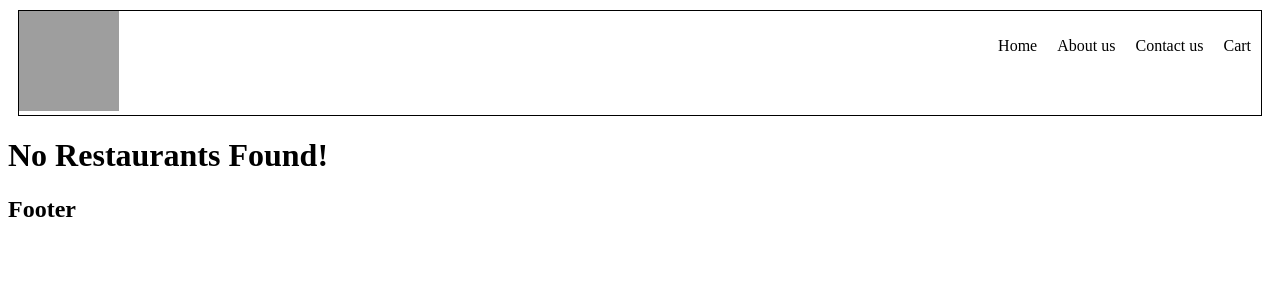
Repository: shivamv97/FOOD-VILLA-APP
Page: /
These files come from the project's save history. The page is drawn as it stood at one moment and after the next save; the edit follows.
The browser window is 1280 px wide. The pictures show the whole page.
Pictures or frames that could not be fetched are drawn as grey boxes. The page's requests for data from a server got no answer. The project was rebuilt for these pictures with package versions that can differ from the ones it lists, and the page was loaded fresh each time. No one was signed in, and anything a server would have sent is missing. Also part of the build but not shown: src/components/RestaurantCards.js, src/components/shimmer.js.

Above is the page before, as saved 2024-07-26 22:02:51.

### index.html
<!DOCTYPE html>
<html lang="en">
  <head>
    <meta charset="UTF-8" />
    <meta name="viewport" content="width=device-width, initial-scale=1.0" />
    <title>Learning REACT</title>
    <link rel="stylesheet" href="style.css" />
  </head>
  <body>
    <div id="root">Not Rendered</div>
    <!-- <script
      crossorigin
      src="https://unpkg.com/react@18/umd/react.development.js"
    ></script>
    <script
      crossorigin
      src="https://unpkg.com/react-dom@18/umd/react-dom.development.js"
    ></script> -->
    <script type="module" src="src/App.js"></script>
  </body>
</html>

### style.css
.header {
  display: flex;
  justify-content: space-between;
  margin: 10px;
  border: 1px solid black;
}
.nav-items > ul {
  list-style-type: none;
  display: flex;
}

.nav-items > ul > li {
  padding: 10px;
}
.logo {
  width: 100px;
  height: 100px;
}

.card {
  width: 255px;
  border: 1px solid black;
  padding: 10px;
  margin: 10px;
  overflow-wrap: break-word;
}

.card > img {
  width: 100%;
}

.restaurant-list {
  display: flex;
  flex-wrap: wrap;
}

### src/App.js
import React from "react";
import ReactDOM from "react-dom/client";
import HeaderComponent from "./components/Title";
import Body from "./components/Body";
import Footer from "./components/Footer";

/*
Header
   -logo
   -Nav item(right side)
   -cart
Body
   -Search bar
   -RestrauntList
     -RestrauntCard
     -Image
     -Name
     -Ratings
     -Cusines
Footer
     -Links
     -Copyrigh
*/

const AppLayout = () => {
  return (
    <>
      <HeaderComponent />
      <Body />
      <Footer />
    </>
  );
};

const root = ReactDOM.createRoot(document.getElementById("root"));

root.render(<AppLayout />); //it will override children of div element

### src/components/Title.js
import { useState } from "react";

const Title = () => (
  <a href="/ ">
    <img
      className="logo"
      alt="logo"
      src="https://encrypted-tbn0.gstatic.com/images?q=tbn:ANd9GcTJtFXKFKFoihdrJEvX4jBtXqfcO2kJ0KAlIg&s"
    />
  </a>
);

const HeaderComponent = () => {
  const [isLoggedIn, setisLoggedIn] = useState(false);
  return (
    <div className="header">
      <Title />
      <div className="nav-items">
        <ul>
          <li>Home</li>
          <li>About us</li>
          <li>Contact us</li>
          <li>Cart</li>
        </ul>
      </div>
    </div>
  );
};

export default HeaderComponent;

### src/components/Body.js
import { restaurantlist } from "../config";
import RestrauntCard from "./RestaurantCards";
import { useState, useEffect } from "react";
import Shimmer from "./shimmer";

function filterdata(searchText, restaurants) {
  return restaurants.filter((restaurant) =>
    restaurant.info.name.toLowerCase().includes(searchText.toLowerCase())
  );
}

const Body = () => {
  // const searchTxt = "KFC"; //for reference...(IN JS)
  const [AllRestaurants, setAllRestaurants] = useState([]);
  const [FilteredRestaurants, setFilteredRestaurants] = useState([]); //restaurantlist
  const [searchText, setsearchText] = useState(""); //To create state variable.......(IN REACT)
  // console.log("render()");

  useEffect(() => {
    //API call
    GetRestaurants();
  }, []);

  async function GetRestaurants() {
    const data = await fetch(
      "https://www.swiggy.com/dapi/restaurants/list/v5?lat=28.7040592&lng=77.10249019999999&collection=83667"
    );
    const json = await data.json();
    console.log(json);
    //you have to make change only in line 32,in cards[i],where i is keep changing in the above api link,try from 0-11
    //it's an config-driven UI,Hence,it's Grid Element position keeps on changing.......
    setAllRestaurants(
      json?.data?.cards[1]?.card?.card?.gridElements?.infoWithStyle?.restaurants
    );
    setFilteredRestaurants(
      json?.data?.cards[1]?.card?.card?.gridElements?.infoWithStyle?.restaurants
    );
  }

  console.log("render");

  //Don't render component(Early Return)
  // if (!AllRestaurants) return null;
  if (FilteredRestaurants?.length === 0) return <h1>No Restaurants Found!</h1>;

  //Conditional rendering
  return AllRestaurants?.length == 0 ? (
    <Shimmer />
  ) : (
    <>
      <div className="search-box">
        <input
          type="text"
          className="search-input"
          placeholder="Search"
          value={searchText}
          onChange={(e) => {
            setsearchText(e.target.value);
          }}
        />
        <button
          className="search-btn"
          onClick={() => {
            //filter the data according to need
            const data = filterdata(searchText, AllRestaurants);
            setFilteredRestaurants(data);
            //need to update the state-restaurants
          }}
        >
          Search
        </button>
      </div>
      <div className="restaurant-list">
        {
          FilteredRestaurants.map((restaurant) => {
            return (
              <RestrauntCard key={restaurant.info.id} {...restaurant.info} />
            );
          })
          //H.W. => 1.PROPER PLACE FOR NO RESTAURANTS FOUND   2.SEARCH WENT OFF WHEN IT IS SHOWING NO RESTAURANTS FOUND..........
        }
      </div>
    </>
  );
};

export default Body;

### src/components/Footer.js
const Footer = () => {
  return <h2>Footer</h2>;
};

export default Footer;

### src/config.js
//PUT MY all Hard Coded File Here
export const Img_cdn_url =
  "https://media-assets.swiggy.com/swiggy/image/upload/fl_lossy,f_auto,q_auto,w_660/";

//Config Driven UI
export const restaurantlist = [
  //public API of Swiggy
  {
    "@type": "type.googleapis.com/swiggy.presentation.food.v2.Restaurant",
    info: {
      id: "8561",
      name: "Mughlai Junction",
      cloudinaryImageId: "tnl2yuuxi8zjbgru6iqj",
      locality: "Connaught Place",
      areaName: "Connaught Place",
      costForTwo: "₹600 for two",
      cuisines: ["Mughlai", "North Indian", "Tandoor"],
      avgRating: 4.3,
      parentId: "5354",
      avgRatingString: "4.3",
      totalRatingsString: "10K+",
      promoted: true,
      adTrackingId:
        "cid=15007607~p=0~adgrpid=15007607#ag1~mp=SWIGGY_IN~bl=FOOD~aet=RESTAURANT~aeid=8561~eid=321f01bc-98c6-405c-89d6-b18422bb8f70~srvts=1721229990431~collid=83639",
      sla: {
        deliveryTime: 37,
        lastMileTravel: 4.8,
        serviceability: "SERVICEABLE",
        slaString: "35-40 mins",
        lastMileTravelString: "4.8 km",
        iconType: "ICON_TYPE_EMPTY",
      },
      availability: {
        nextCloseTime: "2024-07-17 23:00:00",
        opened: true,
      },
      badges: {},
      isOpen: true,
      type: "F",
      badgesV2: {
        entityBadges: {
          textExtendedBadges: {},
          textBased: {},
          imageBased: {},
        },
      },
      aggregatedDiscountInfoV3: {
        header: "10% OFF",
        subHeader: "UPTO ₹35",
      },
      orderabilityCommunication: {
        title: {},
        subTitle: {},
        message: {},
        customIcon: {},
      },
      differentiatedUi: {
        displayType: "ADS_UI_DISPLAY_TYPE_ENUM_DEFAULT",
        differentiatedUiMediaDetails: {
          mediaType: "ADS_MEDIA_ENUM_IMAGE",
          lottie: {},
          video: {},
        },
      },
      reviewsSummary: {},
      displayType: "RESTAURANT_DISPLAY_TYPE_DEFAULT",
      restaurantOfferPresentationInfo: {},
      externalRatings: {
        aggregatedRating: {
          rating: "4.4",
          ratingCount: "1K+",
        },
        source: "GOOGLE",
        sourceIconImageId: "v1704440323/google_ratings/rating_google_tag",
      },
      ratingsDisplayPreference: "RATINGS_DISPLAY_PREFERENCE_SHOW_SWIGGY",
    },
    analytics: {},
    cta: {
      link: "swiggy://menu?restaurant_id=8561&source=collection&query=Biryani",
      text: "RESTAURANT_MENU",
      type: "DEEPLINK",
    },
    widgetId: "collectionV5RestaurantListWidget_SimRestoRelevance_food",
  },

  {
    "@type": "type.googleapis.com/swiggy.presentation.food.v2.Restaurant",
    info: {
      id: "817359",
      name: "Zahra Restaurant & Cafe",
      cloudinaryImageId: "asaqtuuszx7hzmxpnfpo",
      locality: "Old Delhi",
      areaName: "Old Delhi",
      costForTwo: "₹300 for two",
      cuisines: ["Indian", "Tandoor", "Kebabs", "Snacks", "Biryani"],
      avgRating: 4.3,
      parentId: "229129",
      avgRatingString: "4.3",
      totalRatingsString: "100+",
      sla: {
        deliveryTime: 29,
        lastMileTravel: 1.3,
        serviceability: "SERVICEABLE",
        slaString: "25-30 mins",
        lastMileTravelString: "1.3 km",
        iconType: "ICON_TYPE_EMPTY",
      },
      availability: {
        nextCloseTime: "2024-07-17 22:59:00",
        opened: true,
      },
      badges: {},
      isOpen: true,
      type: "F",
      badgesV2: {
        entityBadges: {
          textExtendedBadges: {},
          textBased: {},
          imageBased: {},
        },
      },
      aggregatedDiscountInfoV3: {
        header: "50% OFF",
        subHeader: "UPTO ₹100",
      },
      orderabilityCommunication: {
        title: {},
        subTitle: {},
        message: {},
        customIcon: {},
      },
      differentiatedUi: {
        displayType: "ADS_UI_DISPLAY_TYPE_ENUM_DEFAULT",
        differentiatedUiMediaDetails: {
          mediaType: "ADS_MEDIA_ENUM_IMAGE",
          lottie: {},
          video: {},
        },
      },
      reviewsSummary: {},
      displayType: "RESTAURANT_DISPLAY_TYPE_DEFAULT",
      restaurantOfferPresentationInfo: {},
      externalRatings: {
        aggregatedRating: {
          rating: "--",
        },
      },
      ratingsDisplayPreference: "RATINGS_DISPLAY_PREFERENCE_SHOW_SWIGGY",
    },
    analytics: {},
    cta: {
      link: "swiggy://menu?restaurant_id=817359&source=collection&query=Biryani",
      text: "RESTAURANT_MENU",
      type: "DEEPLINK",
    },
    widgetId: "collectionV5RestaurantListWidget_SimRestoRelevance_food",
  },

  {
    "@type": "type.googleapis.com/swiggy.presentation.food.v2.Restaurant",
    info: {
      id: "81523",
      name: "Amma Mess",
      cloudinaryImageId: "a09jpzja1zusso85bbmz",
      locality: "Karol Bagh",
      areaName: "Karol Bagh",
      costForTwo: "₹300 for two",
      cuisines: ["South Indian"],
      avgRating: 4.5,
      parentId: "15687",
      avgRatingString: "4.5",
      totalRatingsString: "10K+",
      promoted: true,
      adTrackingId:
        "cid=15010070~p=1~adgrpid=15010070#ag1~mp=SWIGGY_IN~bl=FOOD~aet=RESTAURANT~aeid=81523~eid=b2807d99-426d-4265-8bac-9448c8101a5f~srvts=1721229990431~collid=83639",
      sla: {
        deliveryTime: 37,
        lastMileTravel: 6.3,
        serviceability: "SERVICEABLE",
        slaString: "35-40 mins",
        lastMileTravelString: "6.3 km",
        iconType: "ICON_TYPE_EMPTY",
      },
      availability: {
        nextCloseTime: "2024-07-17 22:30:00",
        opened: true,
      },
      badges: {},
      isOpen: true,
      aggregatedDiscountInfoV2: {},
      type: "F",
      badgesV2: {
        entityBadges: {
          textBased: {},
          imageBased: {},
          textExtendedBadges: {},
        },
      },
      orderabilityCommunication: {
        title: {},
        subTitle: {},
        message: {},
        customIcon: {},
      },
      differentiatedUi: {
        displayType: "ADS_UI_DISPLAY_TYPE_ENUM_DEFAULT",
        differentiatedUiMediaDetails: {
          mediaType: "ADS_MEDIA_ENUM_IMAGE",
          lottie: {},
          video: {},
        },
      },
      reviewsSummary: {},
      displayType: "RESTAURANT_DISPLAY_TYPE_DEFAULT",
      restaurantOfferPresentationInfo: {},
      externalRatings: {
        aggregatedRating: {
          rating: "4.2",
          ratingCount: "1K+",
        },
        source: "GOOGLE",
        sourceIconImageId: "v1704440323/google_ratings/rating_google_tag",
      },
      ratingsDisplayPreference: "RATINGS_DISPLAY_PREFERENCE_SHOW_SWIGGY",
    },
    analytics: {},
    cta: {
      link: "swiggy://menu?restaurant_id=81523&source=collection&query=Biryani",
      text: "RESTAURANT_MENU",
      type: "DEEPLINK",
    },
    widgetId: "collectionV5RestaurantListWidget_SimRestoRelevance_food",
  },

  {
    "@type": "type.googleapis.com/swiggy.presentation.food.v2.Restaurant",
    info: {
      id: "144716",
      name: "Mughlai Invitation",
      cloudinaryImageId: "a4530760ed2ff35b487605618cc6dc45",
      areaName: "Chandni Chowk",
      costForTwo: "₹200 for two",
      cuisines: ["Indian", "Mughlai", "Biryani", "Sweets"],
      avgRating: 4.6,
      parentId: "141076",
      avgRatingString: "4.6",
      totalRatingsString: "100+",
      sla: {
        deliveryTime: 30,
        lastMileTravel: 1.5,
        serviceability: "SERVICEABLE",
        slaString: "30-35 mins",
        lastMileTravelString: "1.5 km",
        iconType: "ICON_TYPE_EMPTY",
      },
      availability: {
        nextCloseTime: "2024-07-17 22:59:00",
        opened: true,
      },
      badges: {},
      isOpen: true,
      aggregatedDiscountInfoV2: {},
      type: "F",
      badgesV2: {
        entityBadges: {
          textExtendedBadges: {},
          textBased: {},
          imageBased: {},
        },
      },
      orderabilityCommunication: {
        title: {},
        subTitle: {},
        message: {},
        customIcon: {},
      },
      differentiatedUi: {
        displayType: "ADS_UI_DISPLAY_TYPE_ENUM_DEFAULT",
        differentiatedUiMediaDetails: {
          mediaType: "ADS_MEDIA_ENUM_IMAGE",
          lottie: {},
          video: {},
        },
      },
      reviewsSummary: {},
      displayType: "RESTAURANT_DISPLAY_TYPE_DEFAULT",
      restaurantOfferPresentationInfo: {},
      externalRatings: {
        aggregatedRating: {
          rating: "4.8",
          ratingCount: "100+",
        },
        source: "GOOGLE",
        sourceIconImageId: "v1704440323/google_ratings/rating_google_tag",
      },
      ratingsDisplayPreference: "RATINGS_DISPLAY_PREFERENCE_SHOW_SWIGGY",
    },
    analytics: {},
    cta: {
      link: "swiggy://menu?restaurant_id=144716&source=collection&query=Biryani",
      text: "RESTAURANT_MENU",
      type: "DEEPLINK",
    },
    widgetId: "collectionV5RestaurantListWidget_SimRestoRelevance_food",
  },

  {
    "@type": "type.googleapis.com/swiggy.presentation.food.v2.Restaurant",
    info: {
      id: "64321",
      name: "Southern Masala",
      cloudinaryImageId: "14527e27a298304dd07904f777372cb5",
      locality: "Karol Bagh",
      areaName: "Karol Bagh",
      costForTwo: "₹350 for two",
      cuisines: ["Andhra", "Biryani", "South Indian", "Thalis"],
      avgRating: 3.9,
      parentId: "17286",
      avgRatingString: "3.9",
      totalRatingsString: "1K+",
      promoted: true,
      adTrackingId:
        "cid=15472783~p=2~adgrpid=15472783#ag1~mp=SWIGGY_IN~bl=FOOD~aet=RESTAURANT~aeid=64321~eid=785e1ed6-7474-46a2-ba9f-4a9325d5fabc~srvts=1721229990431~collid=83639",
      sla: {
        deliveryTime: 38,
        lastMileTravel: 5,
        serviceability: "SERVICEABLE",
        slaString: "35-40 mins",
        lastMileTravelString: "5.0 km",
        iconType: "ICON_TYPE_EMPTY",
      },
      availability: {
        nextCloseTime: "2024-07-17 22:00:00",
        opened: true,
      },
      badges: {},
      isOpen: true,
      type: "F",
      badgesV2: {
        entityBadges: {
          textBased: {},
          imageBased: {},
          textExtendedBadges: {},
        },
      },
      aggregatedDiscountInfoV3: {
        header: "₹125 OFF",
        subHeader: "ABOVE ₹199",
        discountTag: "FLAT DEAL",
      },
      orderabilityCommunication: {
        title: {},
        subTitle: {},
        message: {},
        customIcon: {},
      },
      differentiatedUi: {
        displayType: "ADS_UI_DISPLAY_TYPE_ENUM_DEFAULT",
        differentiatedUiMediaDetails: {
          mediaType: "ADS_MEDIA_ENUM_IMAGE",
          lottie: {},
          video: {},
        },
      },
      reviewsSummary: {},
      displayType: "RESTAURANT_DISPLAY_TYPE_DEFAULT",
      restaurantOfferPresentationInfo: {},
      externalRatings: {
        aggregatedRating: {
          rating: "4.1",
          ratingCount: "100+",
        },
        source: "GOOGLE",
        sourceIconImageId: "v1704440323/google_ratings/rating_google_tag",
      },
      ratingsDisplayPreference: "RATINGS_DISPLAY_PREFERENCE_SHOW_SWIGGY",
    },
    analytics: {},
    cta: {
      link: "swiggy://menu?restaurant_id=64321&source=collection&query=Biryani",
      text: "RESTAURANT_MENU",
      type: "DEEPLINK",
    },
    widgetId: "collectionV5RestaurantListWidget_SimRestoRelevance_food",
  },
];

After the next save:
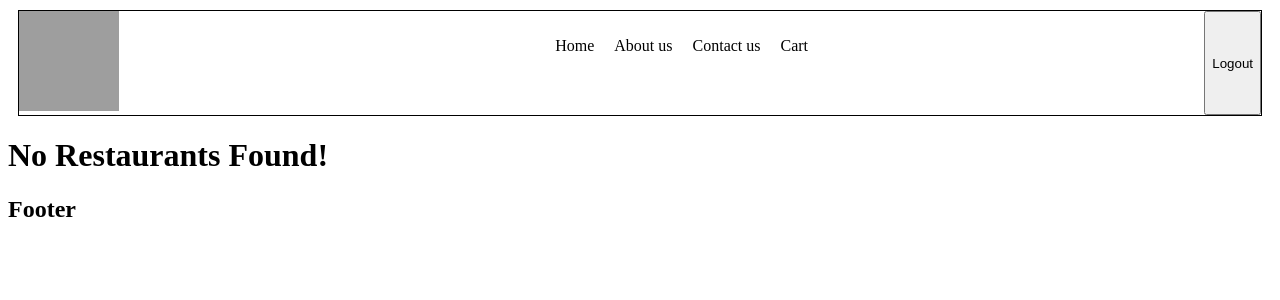
Saved 3 h 21 min later.
--- a/src/components/Title.js
+++ b/src/components/Title.js
@@ -11,7 +11,7 @@ const Title = () => (
 );
 
 const HeaderComponent = () => {
-  const [isLoggedIn, setisLoggedIn] = useState(false);
+  const [isLoggedIn, setisLoggedIn] = useState(true);
   return (
     <div className="header">
       <Title />
@@ -23,6 +23,7 @@ const HeaderComponent = () => {
           <li>Cart</li>
         </ul>
       </div>
+      {isLoggedIn ? <button>Logout</button> : <button>Login</button>}
     </div>
   );
 };
